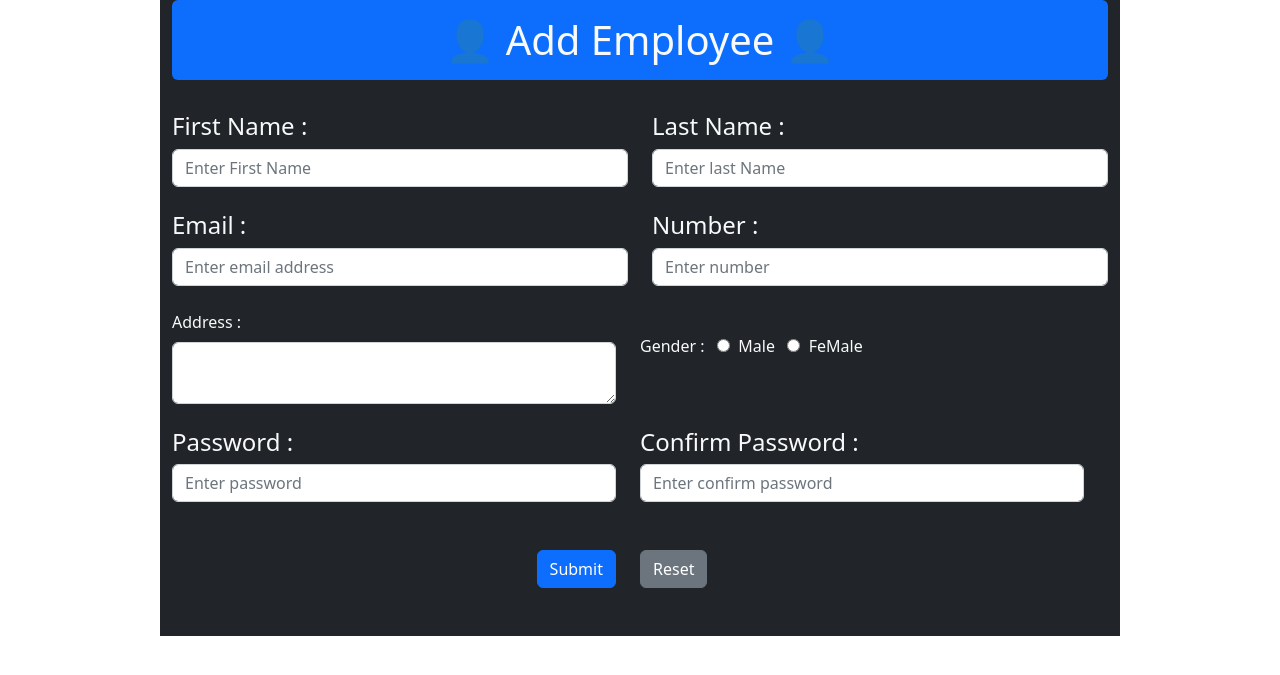
Repository: Rahulkathiriya/java-assignment-and-assesment
Page: http://localhost/web007_assesment_employee_Management_System/addEmployee.jsp
These files come from the project's save history. The page is drawn as it stood at one moment and after the next save; the edit follows.
The browser window is 1280 px wide. The pictures show the whole page.
The page is served by Tomcat 9.

Above is the page before, as saved 2022-11-17 15:55:26.

After the next save:
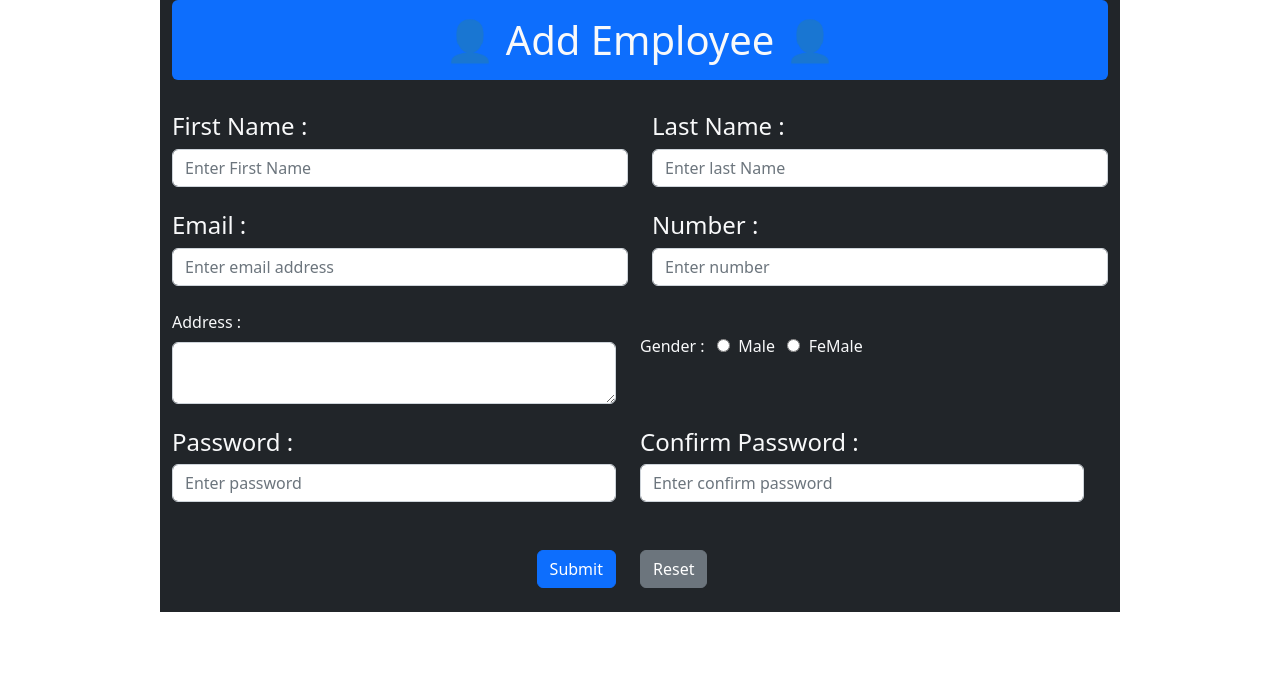
Saved 6 s later.
--- a/web007_assesment_employee_Management_System/src/main/webapp/addEmployee.jsp
+++ b/web007_assesment_employee_Management_System/src/main/webapp/addEmployee.jsp
@@ -85,7 +85,7 @@
 							class="form-control" placeholder="Enter confirm password">
 					</div>
 				</div>
-				<div class="row mt-5 mb-5">
+				<div class="row mt-5 mb-4">
 					<div class="col col-sm-12 col-md-6 col-lg-6 text-end">
 						<input type="submit" class="btn btn-primary">
 
